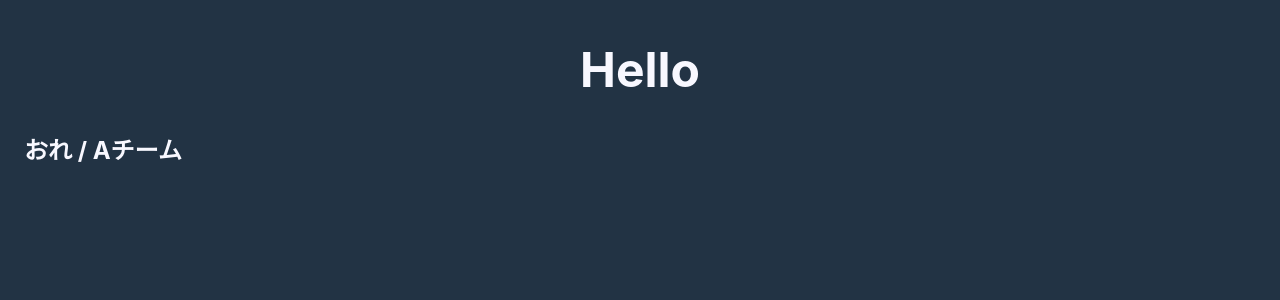
Repository: BoxPistols/hello-react-window
Page: /
These files come from the project's save history. The page is drawn as it stood at one moment and after a run of saves; the edit follows.
The browser window is 1280 px wide. The pictures show the whole page.
The project was rebuilt for these pictures with package versions that can differ from the ones it lists, and the page was loaded fresh each time. Also part of the build but not shown: src/Variable.js.

Above is the page before, as saved 2020-07-20 19:33:12.

### src/index.js
import React from 'react'
import ReactDOM from 'react-dom'
import './index.css'
import App from './App'
import * as serviceWorker from './serviceWorker'

import { stringVal, myVal, ReactEl } from './Variable'
import ClassComponent from './Variable'

console.log(stringVal)
myVal()

class Human {
  constructor(name, age) {
    this.name = name
    this.age = age
  }
}

const myProfile = new Human('ore', 42)
console.log(`name:${myProfile.name} age:${myProfile.age}`)

const tanakaProfile = new Human('tanaka', 22)
console.log(`name:${tanakaProfile.name} age:${tanakaProfile.age}`)

// const returnReactElement = (val) => <h2>{val}</h2>
const ReturnReactElement = ({ name, group }) => {
  return (
    <h2>
      <App />
      {/* <ClassComponent /> */}
      {/* <ReactEl /> */}
      {name} / {group}
    </h2>
  )
}
ReactDOM.render(
  <ReturnReactElement name="おれ" group="Aチーム" />,
  document.getElementById('root')
)

serviceWorker.unregister()

### src/App.js
import React from 'react'
import logo from './logo.svg'
import './App.css'

import Comp1 from './components/comp1'

function App() {
  return (
    <div className="App">
      <Comp1 />
    </div>
  )
}

export default App

### src/components/comp1.jsx
import React from "react"

function Comp1(props){
  return(
    <>
      <h1>Hello</h1>
    </>
  )
}
export default Comp1

Loaded but not shown: public/index.html (common file); src/index.css (common file); src/serviceWorker.js (common file); src/App.css (common file)

After the next 3 saves:
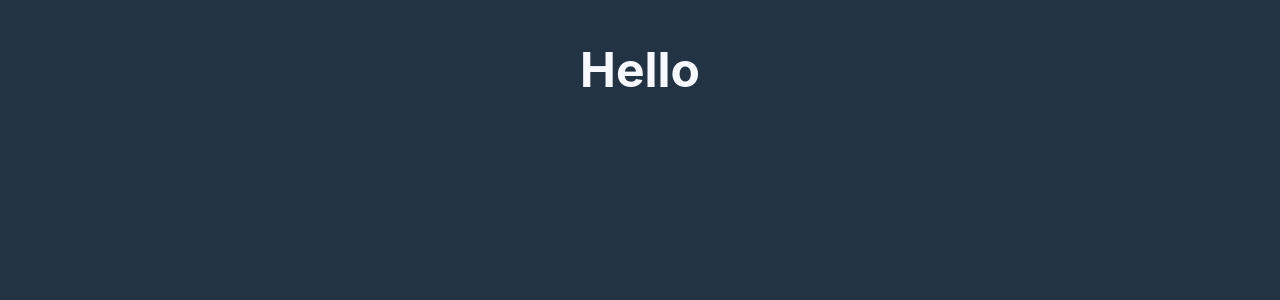
The 3 saves are shown as one change because 1 did not build or start and some came seconds apart.
The last was saved 25 s later.
--- a/src/index.js
+++ b/src/index.js
@@ -30,7 +30,7 @@ const ReturnReactElement = ({ name, group }) => {
       <App />
       {/* <ClassComponent /> */}
       {/* <ReactEl /> */}
-      {name} / {group}
+      {/* {name} / {group} */}
     </h2>
   )
 }
